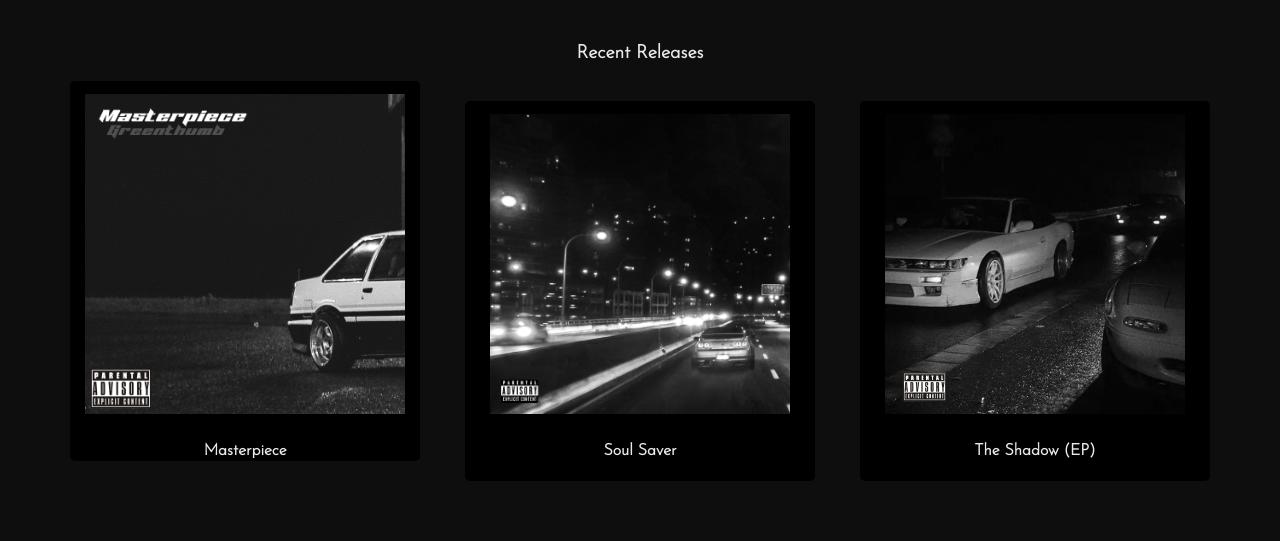
Repository: shayanabedi98/Greenthumb
Page: index.html
An editor plug-in stored every save of this project. The page is shown before and after the next save, followed by the edit.
The browser window is 1280 px wide. The pictures show the part of the page from y = 734 to 1275 px (the page is 1275 px tall before and 1255 px after).
The pointer rests on the first visible `.card img`.

Above is the page before, as saved 2023-08-15 13:39:36.

### index.html
<!DOCTYPE html>
<html lang="en">
<head>
    <meta charset="UTF-8">
    <meta name="viewport" content="width=device-width, initial-scale=1.0">
    <title>Greenthumb Home</title>
    <link rel="stylesheet" href="styles.css">
    <link rel="preconnect" href="https://fonts.googleapis.com">
    <link rel="preconnect" href="https://fonts.gstatic.com" crossorigin>
    <link href="https://fonts.googleapis.com/css2?family=Josefin+Sans:wght@300&display=swap" rel="stylesheet">
</head>
<body>
    <div class="header">
        <header>
            <nav>
                <img src="resources/logo.png" alt="Greenthumb Logo">
                <a href="">Home</a>
                <a href="">About</a>
                <a href="">Contact</a>
            </nav>
        </header>
    </div>
    <div class="banner">
        <video autoplay playsinline muted loop src="resources/Japanese Street Drifting ! Tokyo Auto Salon 2019 Afterparty !.mp4"></video>
        <div class="banner-content">
            <h1>Rapper/Producer</h1>
            <h2>From the depths of his creative abyss, he conjures grimey beats that pulse like the heartbeat of a shadowy cosmos, inviting listeners to explore the raw and unfiltered underbelly of Hip Hop.</h2>
        </div>
    </div>
    <div class="container">
        <h3>Recent Releases</h3>
        <div class="card">
            <img src="/resources/master.jpg" alt="cover of song, Masterpiece">
            <h4>Masterpiece</h4>
        </div>
        <div class="card">
            <img src="resources/soul.png" alt="cover of song, Soul Saver">
            <h4>Soul Saver</h4>
        </div>
        <div class="card">
            <img src="resources/theshadow.png" alt="cover of EP, The Shadow">
            <h4>The Shadow (EP)</h4>
        </div>
    </div>
    <div class="listen">

    </div>
</body>
</html>

### styles.css
body {
    margin: 0;
    padding: 0;
    background-color: black;
    color: rgb(233, 233, 233);
    font-family: 'Josefin Sans', sans-serif;
}

nav a {
    text-decoration: none;
}

nav a:visited {
    text-decoration: none;
    color: rgb(233, 233, 233);
}

.banner {
    text-align: center;
    width: 100%;
    height: 600px;
}

.banner video {
    object-fit: cover;
    object-position: 50% 100%;
    height: 600px;
    width: 100%;
    opacity: 80%;
}

.banner-content {
    transform: translateY(-410px);
    width: 70%;
    margin: auto;
}

.banner-content h1 {
    font-size: 46px;
}

.banner-content h2 {
    font-size: 30px;
}

.container {
    text-align: center;
    background-color: rgb(14, 14, 14);
    padding: 25px 0 60px 0;
}

.card {
    text-align: center;
    display: inline-block;
    background-color: black;
    border-radius: 5px;
    width: 350px;
    padding-top: 10px;
    height: 370px;
    margin: 0 20px;
}

.card img {
    height: 300px;
    width: 300px;
    box-shadow: 0 0 3px 0 black;
    border: 3px solid black;
}

.card img:hover {
    height: 320px;
    width: 320px;
    transform: translateX(0);
    transition: ease-in-out 0.3s;
}

.card img:not(:hover) {
    transition: ease-in-out 0.3s;
}

After the next save:
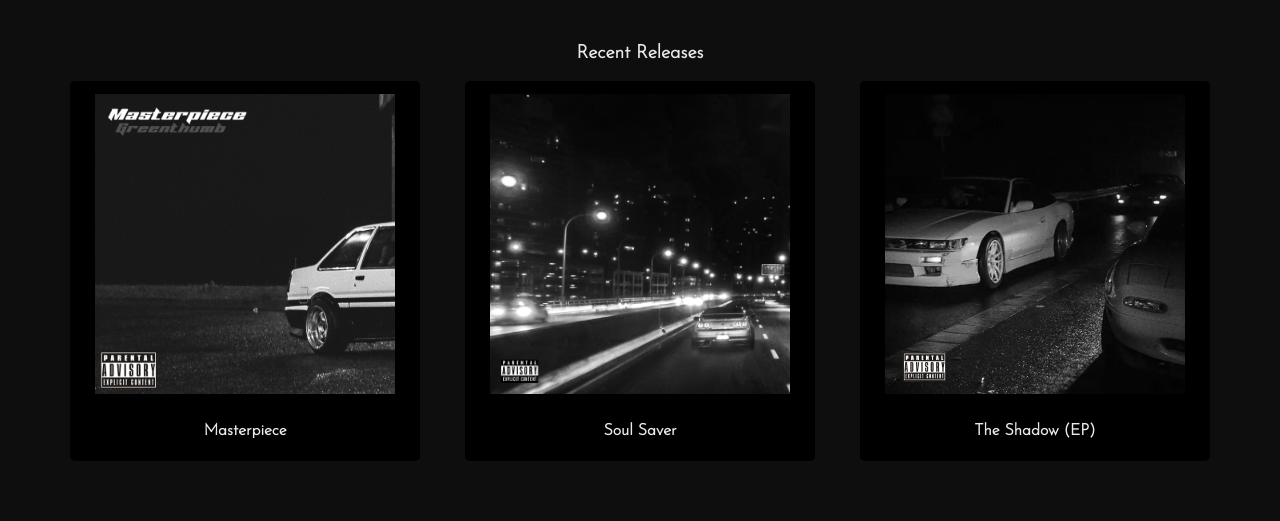
Saved 15 s later.
--- a/styles.css
+++ b/styles.css
@@ -67,7 +67,7 @@
     border: 3px solid black;
 }
 
-.card img:hover {
+.card img:hover + .card{
     height: 320px;
     width: 320px;
     transform: translateX(0);

After the 2 saves that followed:
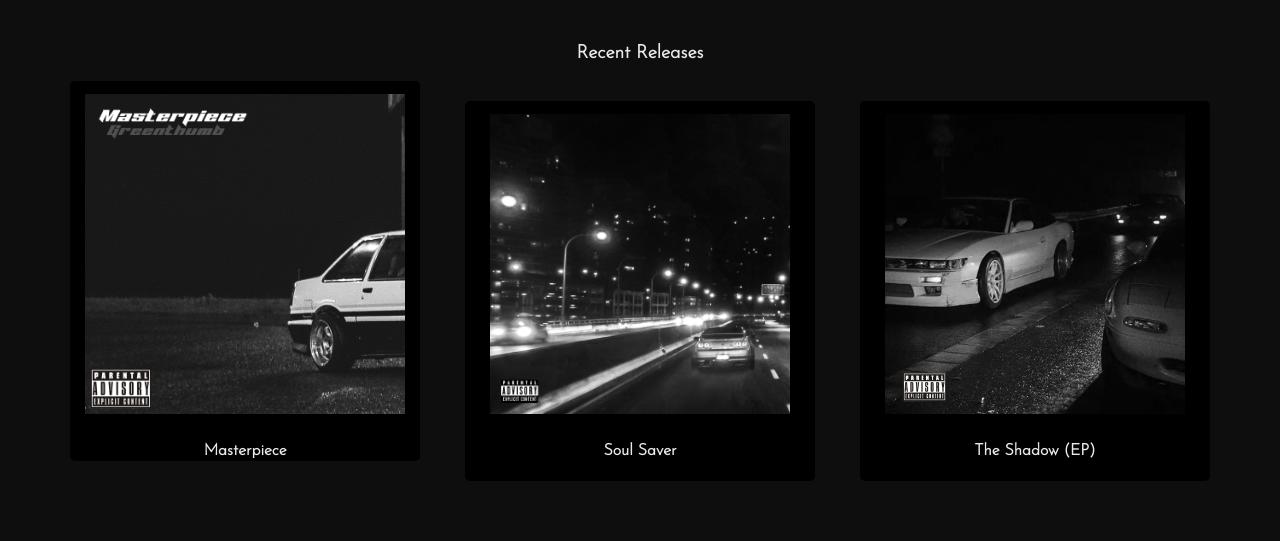
The 2 saves are shown as one change because they came seconds apart.
The last was saved 12 s later.
--- a/styles.css
+++ b/styles.css
@@ -67,7 +67,7 @@
     border: 3px solid black;
 }
 
-.card img:hover + .card{
+.card img:hover {
     height: 320px;
     width: 320px;
     transform: translateX(0);
